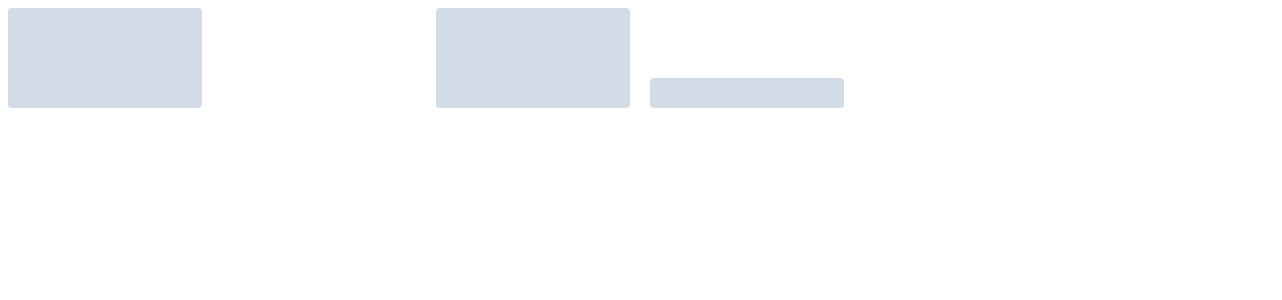
Repository: lagezhou888/element-vue2
Page: /#/button
The author's editor kept a copy of each file at every save. The page is drawn from the files as they stood at one save, then again after the next save.
The browser window is 1280 px wide. The page is 1282 px wide, so the pictures cover 1282 px, including what lies to the right of the window. The pictures show the whole page.
The project was rebuilt for these pictures with package versions that can differ from the ones it lists, and the page was loaded fresh each time. Also part of the build but not shown: src/components/HelloWorld.vue, src/views/Home.vue.

Above is the page before, as saved 2021-05-13 11:15:22.

After the next save:
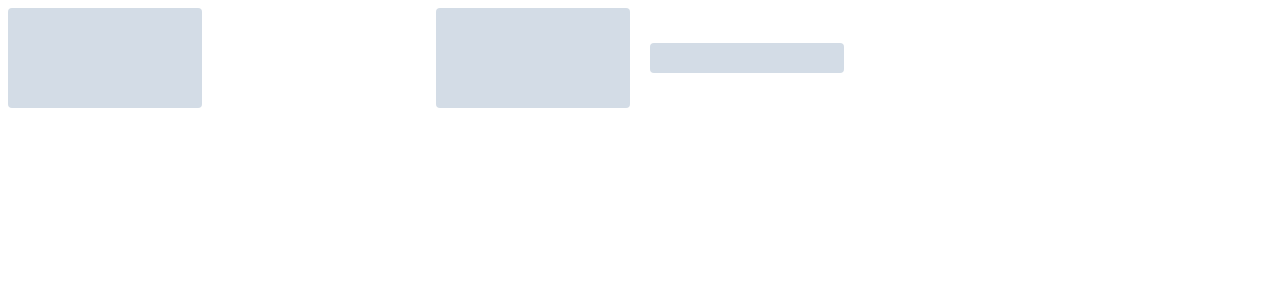
Saved 5 s later.
--- a/src/views/components/use-button.vue
+++ b/src/views/components/use-button.vue
@@ -1,6 +1,6 @@
 <template>
   <div>
-    <el-row :gutter="20" tag="测试1" type="flex" align="bottom" justify="start">
+    <el-row :gutter="20" tag="测试1" type="flex" align="middle" justify="start">
       <el-col :span="4"><div class="grid-content bg-purple"></div></el-col>
       <el-col :span="4"><div class="kong">&nbsp;</div></el-col>
       <el-col :span="4"><div class="grid-content bg-purple"></div></el-col>
